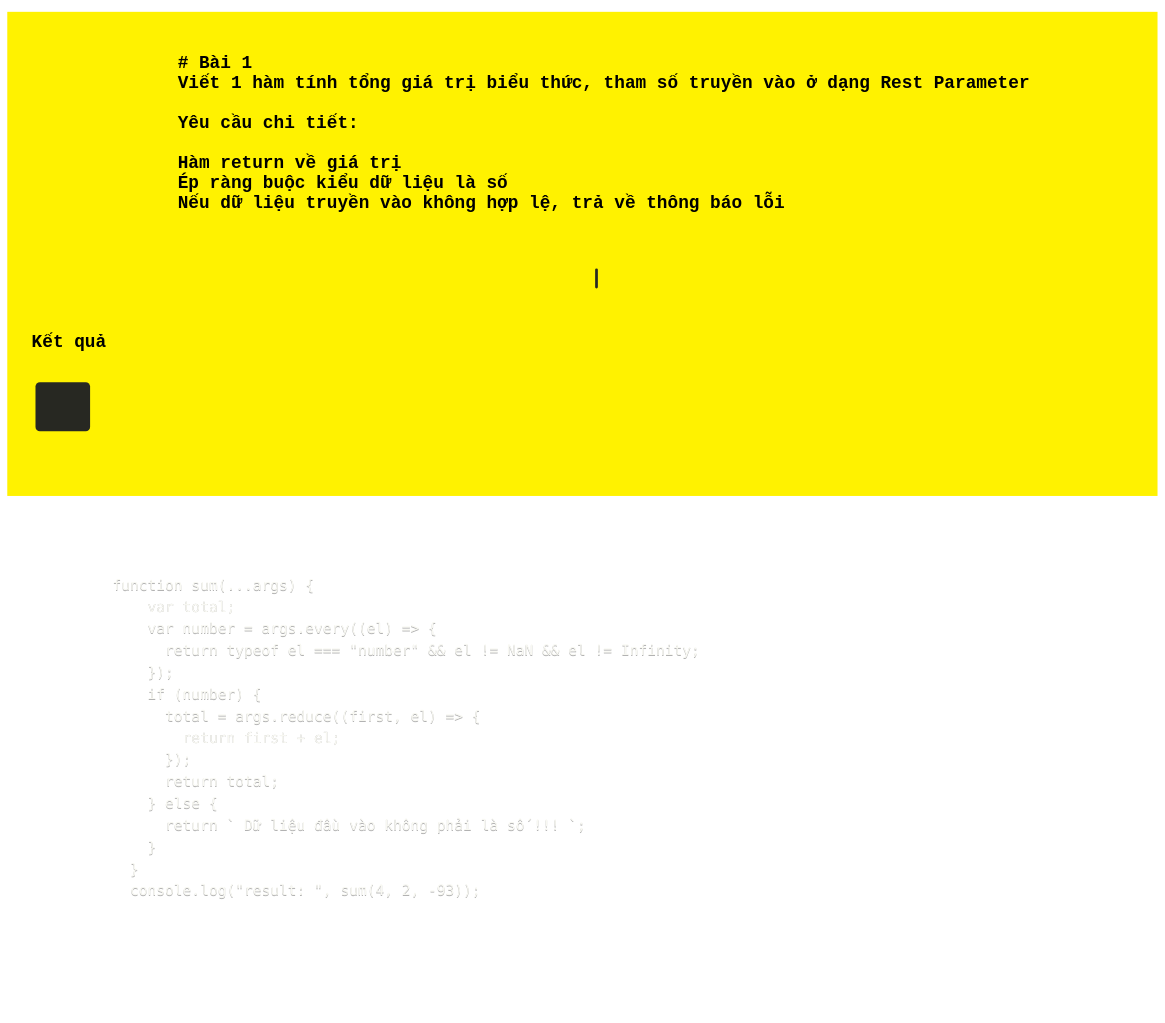
Repository: Dongnguyen318/Quydong
Page: Day 22.1/ex03.html
These files come from the project's save history. The page is drawn as it stood at one moment and after the next save; the edit follows.
The browser window is 1280 px wide. The pictures show the whole page, at 91% of full size.

Above is the page before, as saved 2023-09-05 23:19:45.

### Day 22.1/ex03.html
<!DOCTYPE html>
<html lang="en">
  <head>
    <meta charset="UTF-8" />
    <meta name="viewport" content="width=device-width, initial-scale=1.0" />
    <title>Document</title>
    <link
      rel="stylesheet"
      href="https://cdn.jsdelivr.net/npm/prismjs@1.29.0/themes/prism-okaidia.min.css"
    />
    <script src="./js/3.js"></script>
  </head>
  <body>
    <pre style="background-color: rgb(255, 242, 0)">
        <code >
            <h2>                # Bài 1
                Viết 1 hàm tính tổng giá trị biểu thức, tham số truyền vào ở dạng Rest Parameter

                Yêu cầu chi tiết:

                Hàm return về giá trị
                Ép ràng buộc kiểu dữ liệu là số
                Nếu dữ liệu truyền vào không hợp lệ, trả về thông báo lỗi</h2>
<p style="text-align: center;">
    <code class="language-js">
    </code>
    <h2 style="padding: 15px;" > Kết quả</h2>
    <code class="language-js" style="padding: 15px 30px 20px;">
    </code>


</p>
        </code>
    </pre>
    <br />
    <br />
    <pre>
        <code class="language-js">
            function sum(...args) {
                var total;
                var number = args.every((el) => {
                  return typeof el === "number" && el != NaN && el != Infinity;
                });
                if (number) {
                  total = args.reduce((first, el) => {
                    return first + el;
                  });
                  return total;
                } else {
                  return ` Dữ liệu đầu vào không phải là số !!! `;
                }
              }
              console.log("result: ", sum(4, 2, -93));



        </code>
    </pre>
    <script src="https://cdn.jsdelivr.net/npm/prismjs@1.29.0/components/prism-core.min.js"></script>
    <script src="https://cdn.jsdelivr.net/npm/prismjs@1.29.0/plugins/autoloader/prism-autoloader.min.js"></script>
  </body>
</html>

### Day 22.1/js/3.js
var arr = ["a", "c", "k", "S"];
Array.prototype.push2 = function (...value) {
  var result = this;
  console.log(result);
  for (var i = 0; i < value.length; i++) {
    result[result.length] = value[i];
  }

  return result;
};
console.log(arr.push2("@"));

After the next save:
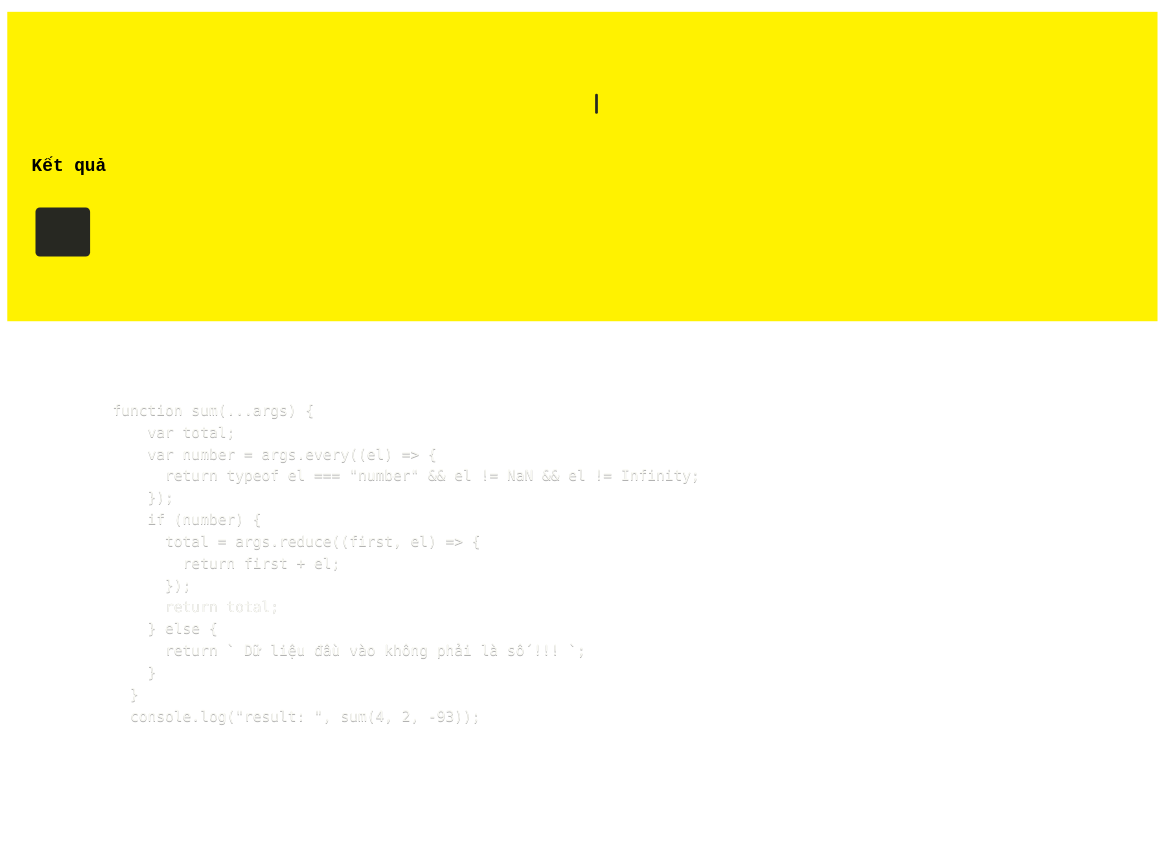
Saved 63 s later.
--- a/Day 22.1/ex03.html
+++ b/Day 22.1/ex03.html
@@ -13,14 +13,7 @@
   <body>
     <pre style="background-color: rgb(255, 242, 0)">
         <code >
-            <h2>                # Bài 1
-                Viết 1 hàm tính tổng giá trị biểu thức, tham số truyền vào ở dạng Rest Parameter
-
-                Yêu cầu chi tiết:
-
-                Hàm return về giá trị
-                Ép ràng buộc kiểu dữ liệu là số
-                Nếu dữ liệu truyền vào không hợp lệ, trả về thông báo lỗi</h2>
+            <h2></h2>
 <p style="text-align: center;">
     <code class="language-js">
     </code>
